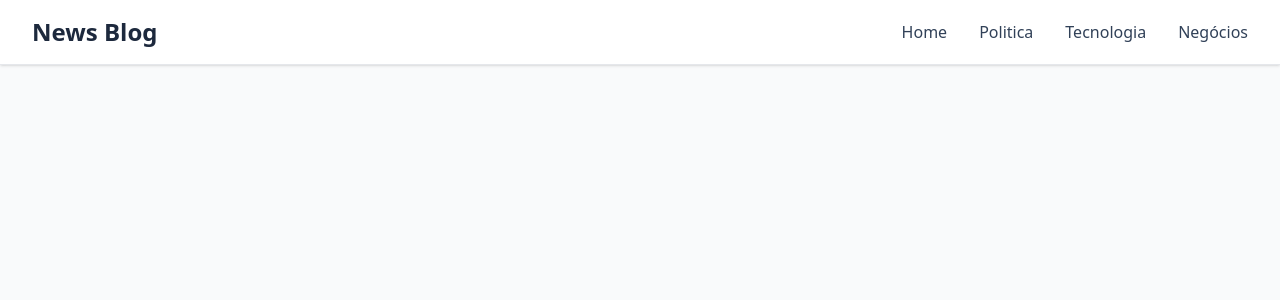
Repository: estevam02009/news-blog
Page: /
The author's editor kept a copy of each file at every save. The page is drawn from the files as they stood at one save, then again after the next save.
The browser window is 1280 px wide. The pictures show the whole page.
The project was rebuilt for these pictures with package versions that can differ from the ones it lists, and the page was loaded fresh each time. Also part of the build but not shown: vite.config.ts.

Above is the page before, as saved 2025-08-08 16:56:13.

After the next save:
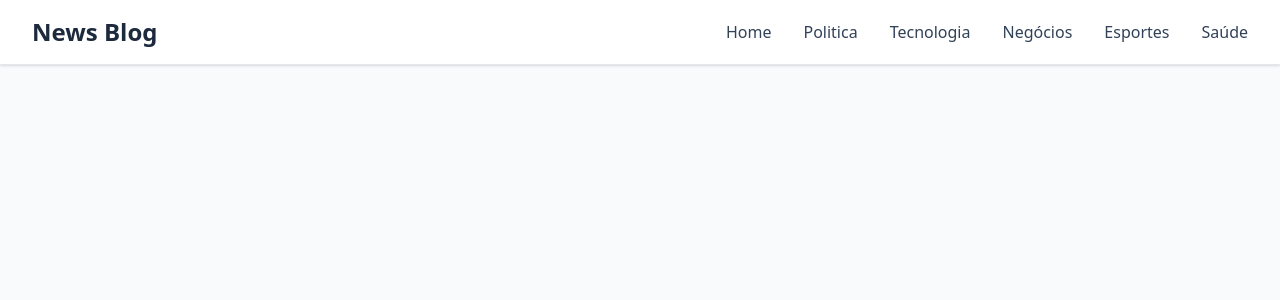
Saved 12 s later.
--- a/src/components/Header.tsx
+++ b/src/components/Header.tsx
@@ -17,6 +17,8 @@ const Header: React.FC = () => {
                     <a href='#' className='text-slate-700 hover:text-blue-600 font-medium transition-colors'>Politica</a>
                     <a href='#' className='text-slate-700 hover:text-blue-600 font-medium transition-colors'>Tecnologia</a>
                     <a href='#' className='text-slate-700 hover:text-blue-600 font-medium transition-colors'>Negócios</a>
+                    <a href='#' className='text-slate-700 hover:text-blue-600 font-medium transition-colors'>Esportes</a>
+                    <a href='#' className='text-slate-700 hover:text-blue-600 font-medium transition-colors'>Saúde</a>
                 </div>
                 </div>
             </div>
